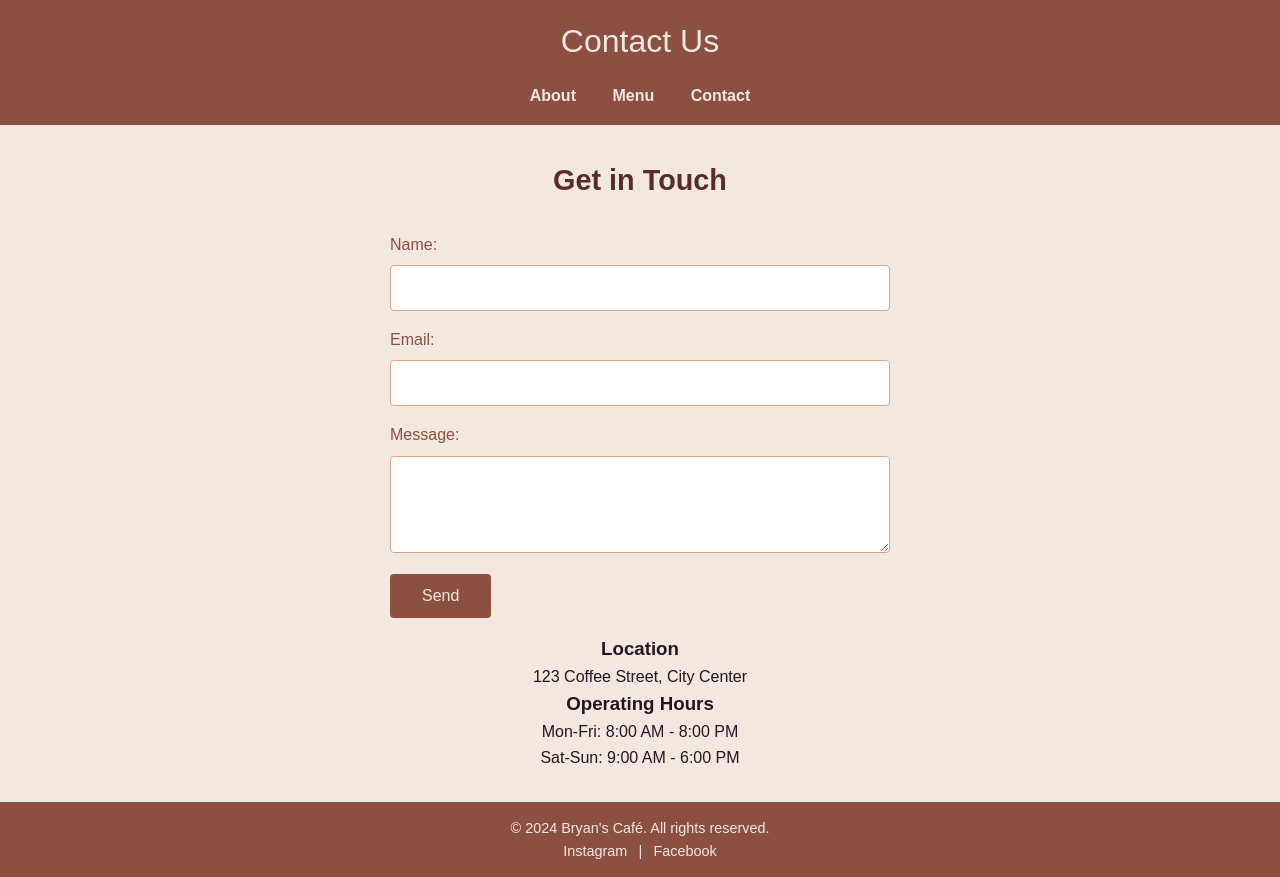
Repository: julianpedrazajf/bryancafe
Page: contact.html
The author's editor kept a copy of each file at every save. The page is drawn from the files as they stood at one save, then again after the next save.
The browser window is 1280 px wide. The pictures show the whole page.

Above is the page before, as saved 2024-11-04 07:55:22.

After the next save:
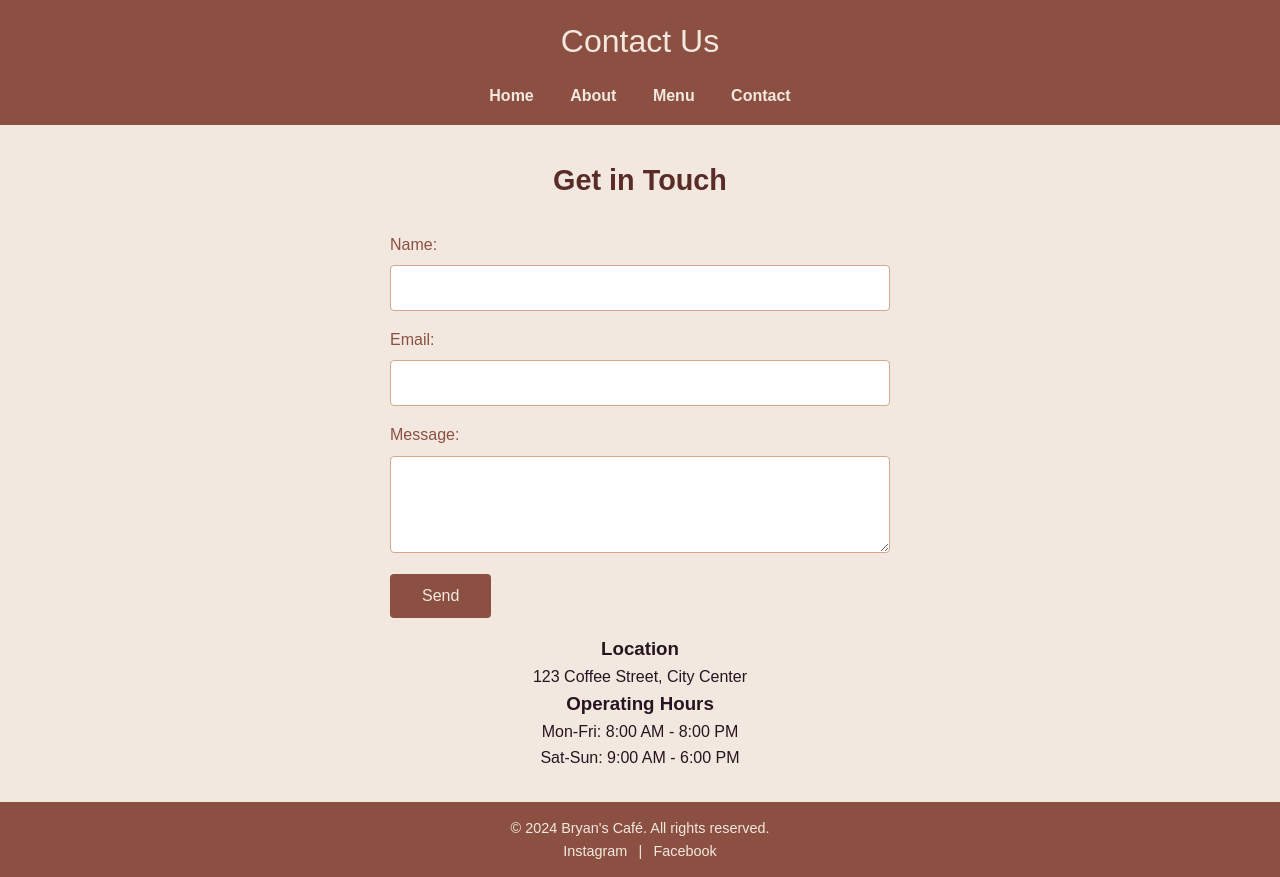
Saved 20 s later.
--- a/contact.html
+++ b/contact.html
@@ -10,7 +10,8 @@
     <header>
         <h1>Contact Us</h1>
         <nav>
-            <a href="index.html">About</a>
+            <a href="index.html">Home</a>
+            <a href="about.html">About</a>
             <a href="menu.html">Menu</a>
             <a href="contact.html">Contact</a>
         </nav>
